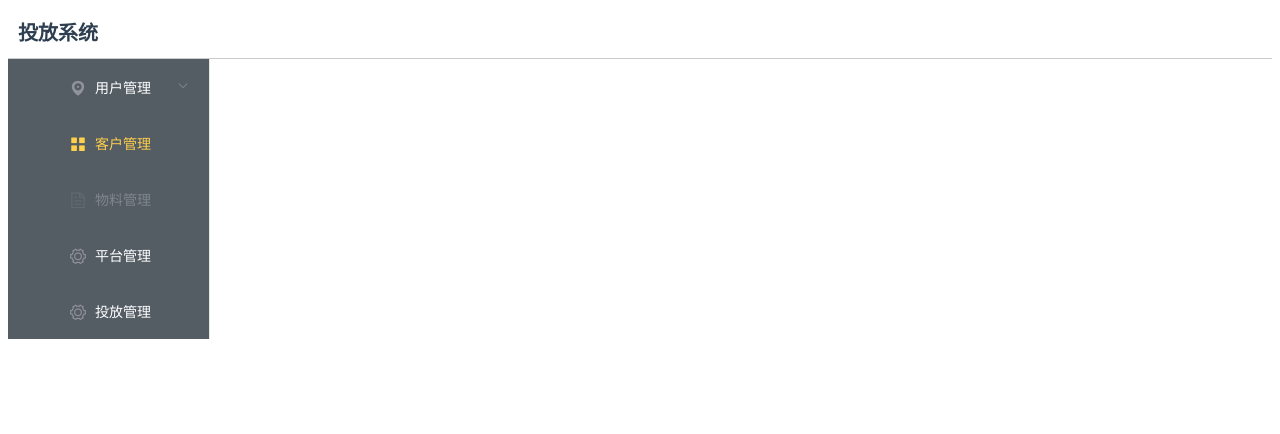
Repository: li1195382526/buy
Page: /
An editor plug-in stored every save of this project. The page is shown before and after the next save, followed by the edit.
The browser window is 1280 px wide. The pictures show the whole page.
The project was rebuilt for these pictures with package versions that can differ from the ones it lists, and the page was loaded fresh each time. Also part of the build but not shown: src/components/HelloWorld.vue.

Above is the page before, as saved 2021-06-04 17:12:05.

### index.html
<!DOCTYPE html>
<html>
  <head>
    <meta charset="utf-8">
    <meta name="viewport" content="width=device-width,initial-scale=1.0">
    <title>buy</title>
  </head>
  <body>
    <div id="app"></div>
    <!-- built files will be auto injected -->
  </body>
</html>

### src/main.js
// The Vue build version to load with the `import` command
// (runtime-only or standalone) has been set in webpack.base.conf with an alias.
import Vue from 'vue'
import App from './App'
import router from './router'
import ElementUI from 'element-ui'
import 'element-ui/lib/theme-chalk/index.css'
import less from 'less'

Vue.use(less)

Vue.config.productionTip = false
Vue.use(ElementUI)
/* eslint-disable no-new */
new Vue({
  el: '#app',
  router,
  components: { App },
  template: '<App/>'
})

### src/router/index.js
import Vue from 'vue'
import Router from 'vue-router'
import HelloWorld from '@/components/HelloWorld'
import Home from '../page/index'

Vue.use(Router)

export default new Router({
  routes: [
    {
      path: '/',
      name: 'index',
      component: Home
    }
  ]
})

### src/page/index.vue
<template>
    <div>
        <vheader></vheader>
        <div class="box">
            <meun></meun>

        </div>
    </div>
</template>
<script>
import vheader from './header/index'
import meun from './meun/index'
export default {
    components:{
        vheader,meun
    },
    setup() {

    },
    data(){

    }
}
</script>
<style scoped lang="less">
.box{
    width: 100%;
    height: 100%;
    display: flex;
}
</style>

### src/page/header/index.vue
<template>
    <div class="header">
        <div class="sys">
            投放系统
        </div>
    </div>
</template>
<script>
export default {
    setup() {

    },
}
</script>
<style scoped lang="less">
.header{
    height: 50px;
    line-height: 50px;
    border-bottom:1px solid #ccc;
    .sys{
        font-size: 20px;
        font-weight: 600;
        display: flex;
        margin-left: 10px;
    }
}
</style>

### src/page/meun/index.vue
<template>
<div class="meun">
    <el-row class="tac">
  <el-col :span="12">
    <el-menu
      default-active="2"
      class="el-menu-vertical-demo"
      @open="handleOpen"
      @close="handleClose"
      background-color="#545c64"
      text-color="#fff"
      active-text-color="#ffd04b">
      <el-submenu index="1">
        <template slot="title">
          <i class="el-icon-location"></i>
          <span>用户管理</span>
        </template>
        <el-menu-item-group>
          <template slot="title">分组一</template>
          <el-menu-item index="1-1">选项1</el-menu-item>
          <el-menu-item index="1-2">选项2</el-menu-item>
        </el-menu-item-group>
        <el-menu-item-group title="分组2">
          <el-menu-item index="1-3">选项3</el-menu-item>
        </el-menu-item-group>
        <el-submenu index="1-4">
          <template slot="title">选项4</template>
          <el-menu-item index="1-4-1">选项1</el-menu-item>
        </el-submenu>
      </el-submenu>
      <el-menu-item index="2">
        <i class="el-icon-menu"></i>
        <span slot="title">客户管理</span>
      </el-menu-item>
      <el-menu-item index="3" disabled>
        <i class="el-icon-document"></i>
        <span slot="title">物料管理</span>
      </el-menu-item>
      <el-menu-item index="4">
        <i class="el-icon-setting"></i>
        <span slot="title">平台管理</span>
      </el-menu-item>
      <el-menu-item index="5">
        <i class="el-icon-setting"></i>
        <span slot="title">投放管理</span>
      </el-menu-item>
    </el-menu>
  </el-col>
</el-row>
</div>
</template>

<script>
  export default {
    methods: {
      handleOpen(key, keyPath) {
        console.log(key, keyPath);
      },
      handleClose(key, keyPath) {
        console.log(key, keyPath);
      }
    }
  }
</script>
<style scoped lang="less">
.meun{
    width: 404px;
    height: 70vh;
}
</style>

Loaded but not shown: src/App.vue (common file)

After the next save:
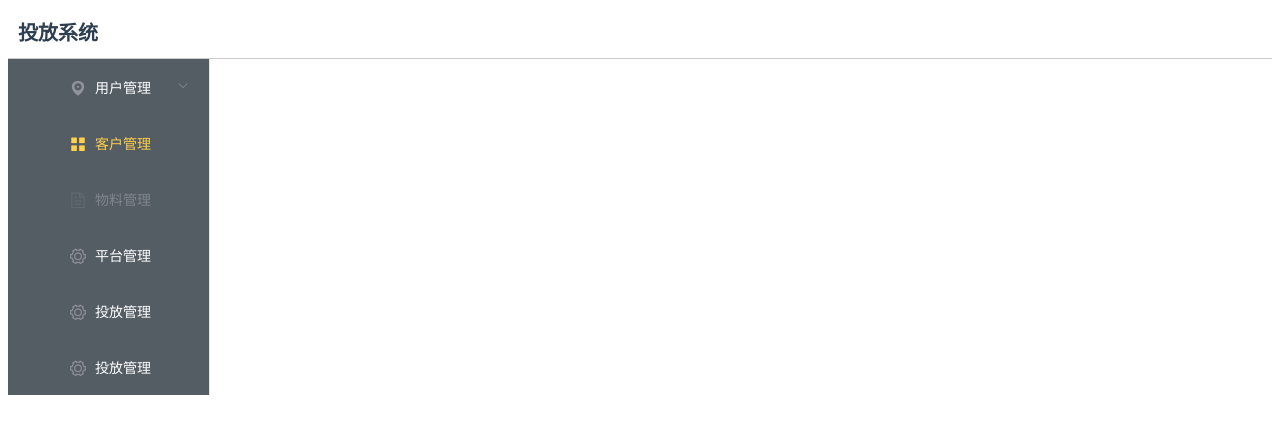
Saved 5 s later.
--- a/src/page/meun/index.vue
+++ b/src/page/meun/index.vue
@@ -44,6 +44,10 @@
         <i class="el-icon-setting"></i>
         <span slot="title">投放管理</span>
       </el-menu-item>
+      <el-menu-item index="5">
+        <i class="el-icon-setting"></i>
+        <span slot="title">投放管理</span>
+      </el-menu-item>
     </el-menu>
   </el-col>
 </el-row>
